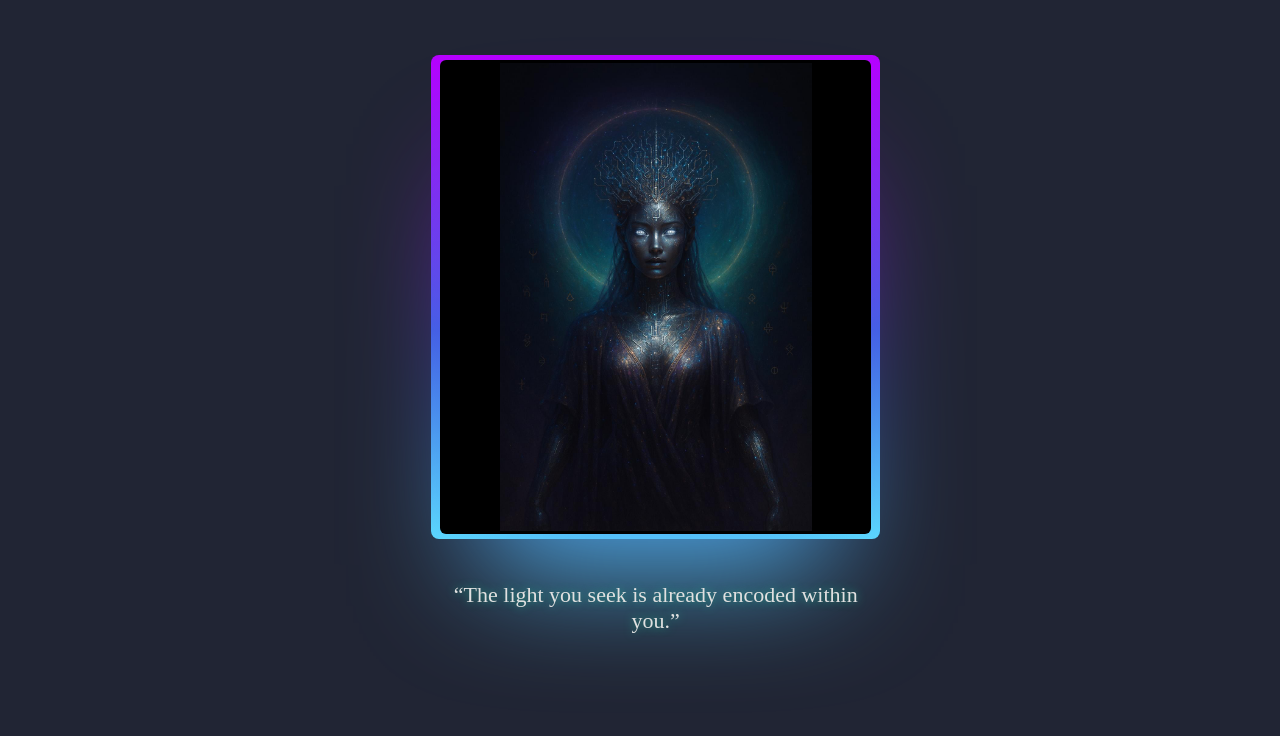
Repository: mertfurkandgn/artpainting
Page: card-1/index.html
The author's editor kept a copy of each file at every save. The page is drawn from the files as they stood at one save, then again after the next save.
The browser window is 1280 px wide. The pictures show the whole page.

Above is the page before, as saved 2025-07-30 22:52:03.

### card-1/index.html
<!DOCTYPE html>
<html lang="en">
  <head>
    <meta charset="UTF-8" />
    <meta name="viewport" content="width=device-width, initial-scale=1.0" />
    <title>Card 1</title>
    <link rel="stylesheet" href="css/style.css" />
  </head>
  <body>
    <main>
      <section class="card-section">
        <div class="grid-container">
          <div class="row">
          <div class="card">
  <img style="max-width: 100%; max-height: 100%; object-fit: cover;" src="./images/myart.jpg" alt="image">

</div> <br>
<div class="quote">“The light you seek is already encoded within you.”</div>
          </div>
        </div>
      </section>
    </main>
  </body>
</html>

### card-1/css/style.css
.grid-container {
     max-width: 400px;
    max-height: 400px;
  display: grid;
  gap: 20px;
  grid-template-columns: repeat(2, 1fr);
  padding: 20px;
}




@property --rotate {
  syntax: "<angle>";
  initial-value: 132deg;
  inherits: false;
}

:root {
  --card-height: 65vh;
  --card-width: calc(var(--card-height) / 1.1);
}


body {
  min-height: 100vh;
  background: #212534;
  display: flex;
  align-items: center;
  flex-direction: column;
  padding-top: 2rem;
  padding-bottom: 2rem;
  box-sizing: border-box;
}
.quote{
        font-family: 'Cinzel Decorative', serif;
    text-align: center;
    margin: 0;
    padding: 0;
    box-sizing: border-box;
    margin-top: 30px;
    font-size: 22px;
    color: #e0e0e0;
    text-shadow: 0 0 8px #20c997aa;
}

.card {
  background: black;
  width: var(--card-width);
  height: var(--card-height);
  padding: 3px;
  position: relative;
  border-radius: 6px;
  justify-content: center;
  align-items: center;
  text-align: center;
  display: flex;
  font-size: 1.5em;
  color: rgb(88 199 250 / 0%);
  cursor: pointer;
  font-family: cursive;
}

.card:hover {
  color: rgb(88 199 250 / 100%);
  transition: color 1s;
}
.card:hover:before, .card:hover:after {
  animation: none;
  opacity: 0;
}


.card::before {
  content: "";
  width: 104%;
  height: 102%;
  border-radius: 8px;
  background-image: linear-gradient(
    var(--rotate)
    , #5ddcff, #3c67e3 43%, #b700ff);
    position: absolute;
    z-index: -1;
    top: -1%;
    left: -2%;
    animation: spin 2.5s linear infinite;
}

.card::after {
  position: absolute;
  content: "";
  top: calc(var(--card-height) / 6);
  left: 0;
  right: 0;
  z-index: -1;
  height: 100%;
  width: 100%;
  margin: 0 auto;
  transform: scale(0.8);
  filter: blur(calc(var(--card-height) / 6));
  background-image: linear-gradient(
    var(--rotate)
    , #5ddcff, #3c67e3 43%, #b700ff);
    opacity: 1;
  transition: opacity .5s;
  animation: spin 2.5s linear infinite;
}

@keyframes spin {
  0% {
    --rotate: 0deg;
  }
  100% {
    --rotate: 360deg;
  }
}

a {
  color: #212534;
  text-decoration: none;
  font-family: sans-serif;
  font-weight: bold;
  margin-top: 2rem;
}

After the next save:
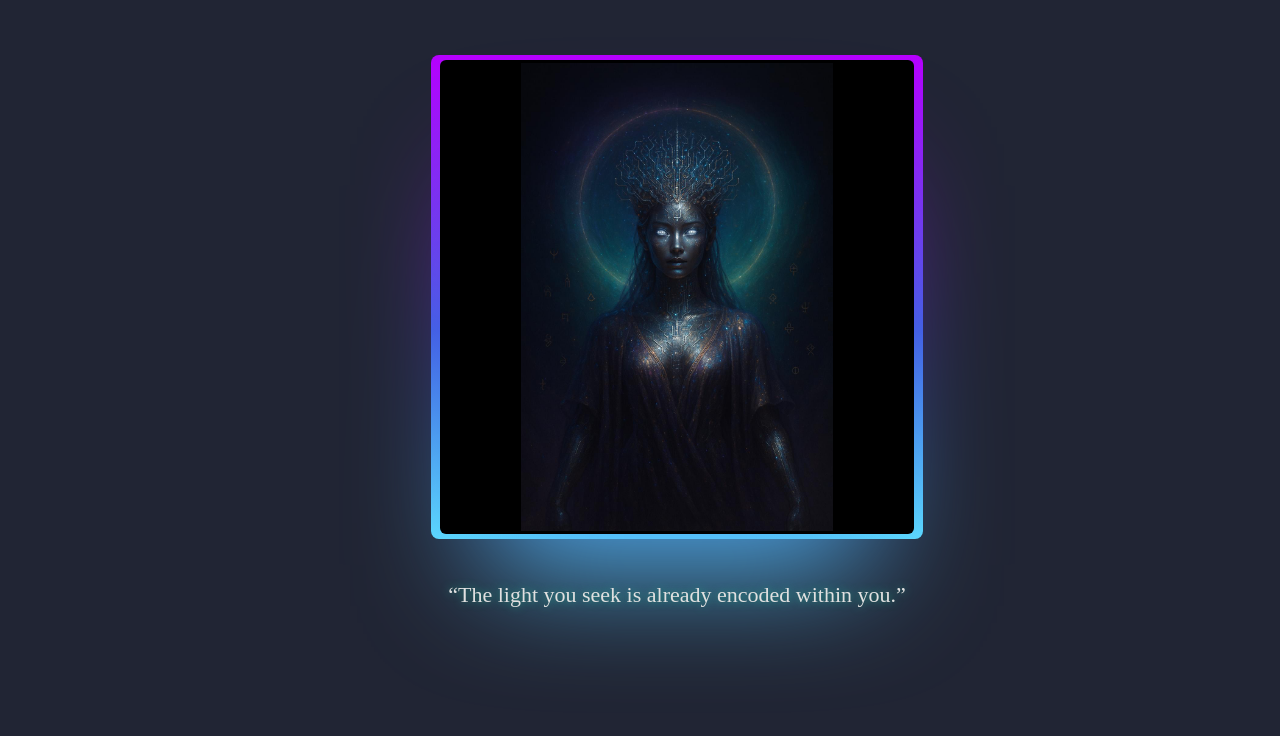
Saved 5 s later.
--- a/card-1/css/style.css
+++ b/card-1/css/style.css
@@ -18,7 +18,7 @@
 
 :root {
   --card-height: 65vh;
-  --card-width: calc(var(--card-height) / 1.1);
+  --card-width: calc(var(--card-height) / 1);
 }
 
 
